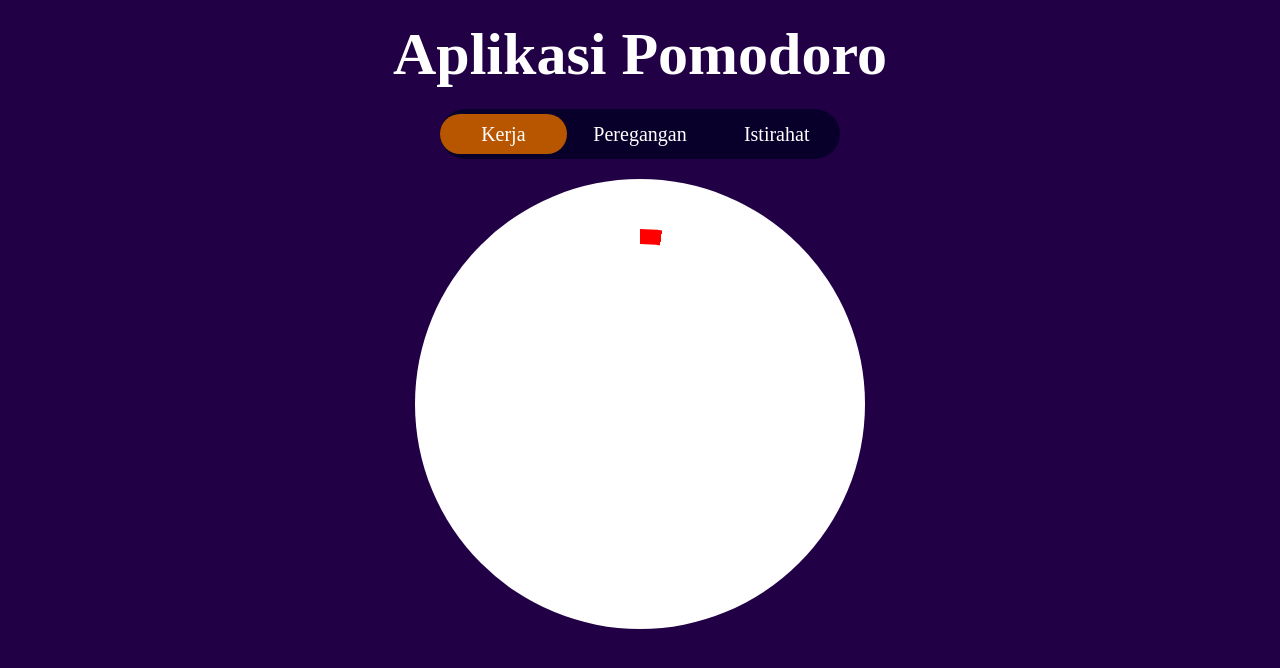
Repository: sellayspy/aplikasiPomodoro
Page: /
These files come from the project's save history. The page is drawn as it stood at one moment and after a run of saves; the edit follows.
The browser window is 1280 px wide. The pictures show the whole page.
The project was rebuilt for these pictures with package versions that can differ from the ones it lists, and the page was loaded fresh each time. Also part of the build but not shown: vite.config.js.

Above is the page before, as saved 2024-11-25 13:47:29.

After the next 2 saves:
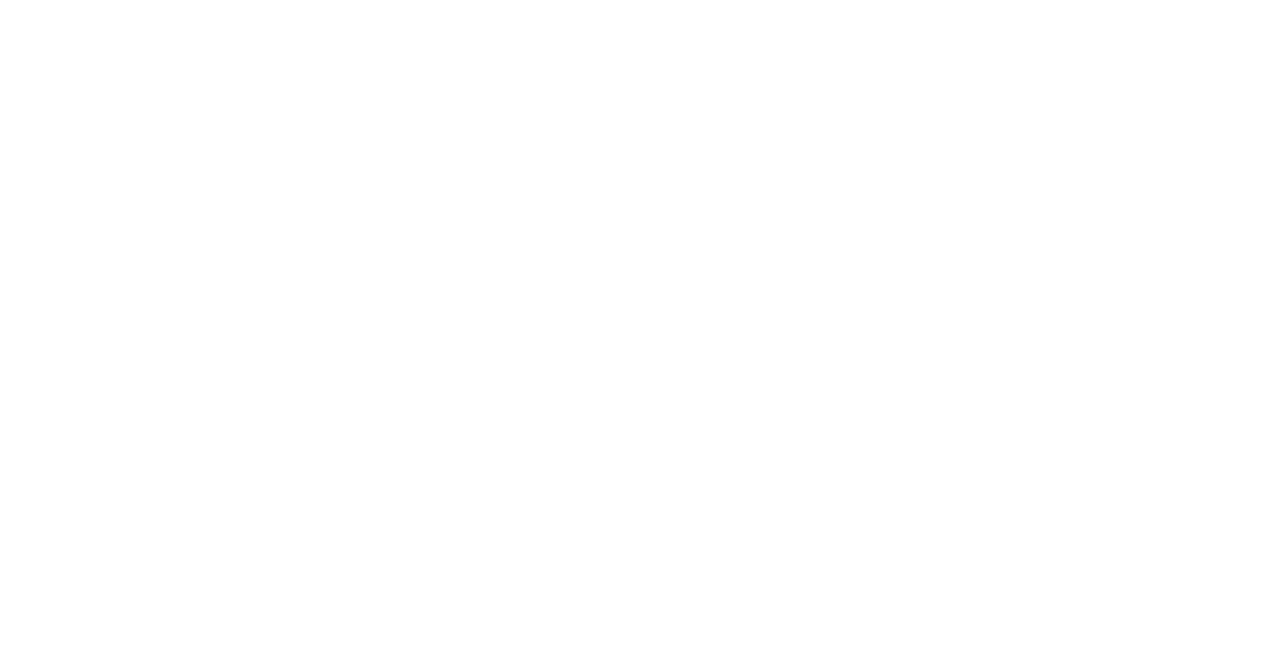
Console error: ReferenceError: progress is not defined
The 2 saves are shown as one change because 1 did not build or start.
The last was saved 48 s later.
--- a/src/components/TimerProgress.jsx
+++ b/src/components/TimerProgress.jsx
@@ -21,7 +21,10 @@
   border-radius: 50%;
   display: grid;
   place-items: center;
-  background: conic-gradient(red 2%, transparent 2%);
+  background: conic-gradient(
+    red ${{ progress }}%,
+    transparent ${{ progress }}%
+  );
 `;
 
 const InnerCircle = styled.div`

After the 2 saves that followed:
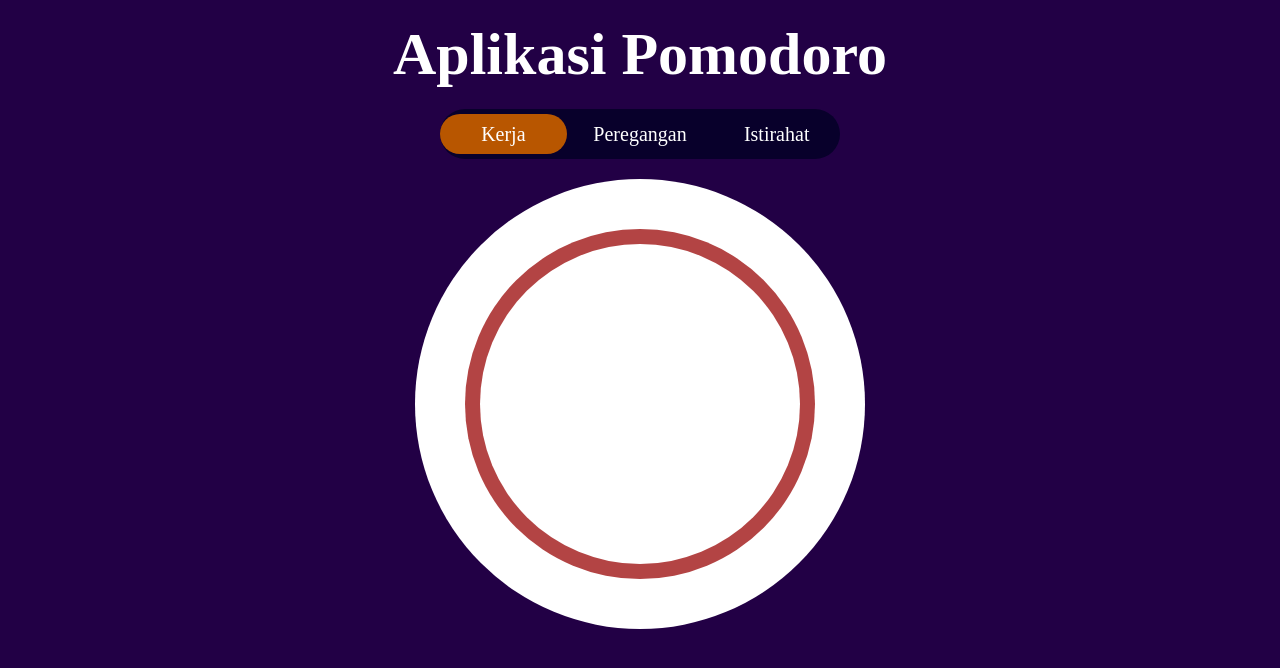
The error is gone.
The 2 saves are shown as one change because 1 left the picture as it was.
The last was saved 37 s later.
--- a/src/components/TimerProgress.jsx
+++ b/src/components/TimerProgress.jsx
@@ -1,4 +1,5 @@
 import { useState } from "react";
+import { RiProgress1Fill } from "react-icons/ri";
 import styled from "styled-components";
 
 const TimerProgress = () => {
@@ -22,8 +23,8 @@
   display: grid;
   place-items: center;
   background: conic-gradient(
-    red ${{ progress }}%,
-    transparent ${{ progress }}%
+    red ${({ progress }) => progress}%,
+    transparent ${({ progress }) => progress}%
   );
 `;
 
